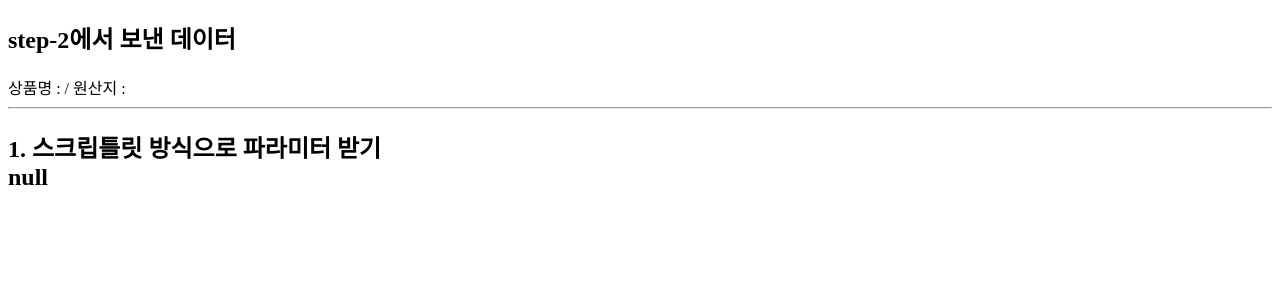
Repository: havanara/240411_JSTL_Project
Page: http://localhost/jstl_study/step-3.jsp
An editor plug-in stored every save of this project. The page is shown before and after the next save, followed by the edit.
The browser window is 1280 px wide. The pictures show the whole page.
The page is served by Tomcat 9. Other server files are loaded and not shown.

Above is the page before, as saved 2024-04-11 03:09:25.

### jstl_study/src/main/webapp/step-3.jsp
<%@ page language="java" contentType="text/html; charset=UTF-8"
    pageEncoding="UTF-8"%>
<!DOCTYPE html>
<html>
<head>
<meta charset="UTF-8">
<title>Insert title here</title>
</head>
<body>
	<h2>step-2에서 보낸 데이터</h2>
	상품명 : ${param.name } / 원산지 : ${param.address } <br>

	<hr>

	<h2>
		1. 스크립틀릿 방식으로 파라미터 받기 <br>

		<%= request.getParameter("name") %>
	</h2>
</body>
</html>

After the next save:
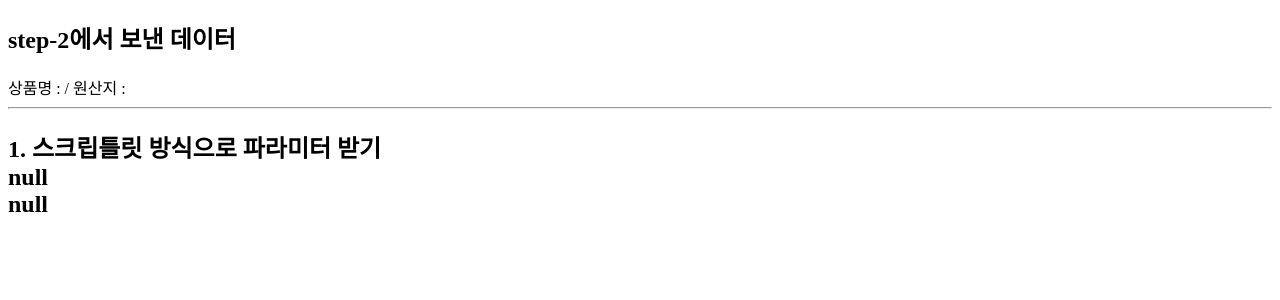
Saved 42 s later.
--- a/jstl_study/src/main/webapp/step-3.jsp
+++ b/jstl_study/src/main/webapp/step-3.jsp
@@ -15,7 +15,8 @@
 	<h2>
 		1. 스크립틀릿 방식으로 파라미터 받기 <br>
 
-		<%= request.getParameter("name") %>
+		<%= request.getParameter("name") %> <br>
+		<%= request.getParameter("address") %>
 	</h2>
 </body>
 </html>
